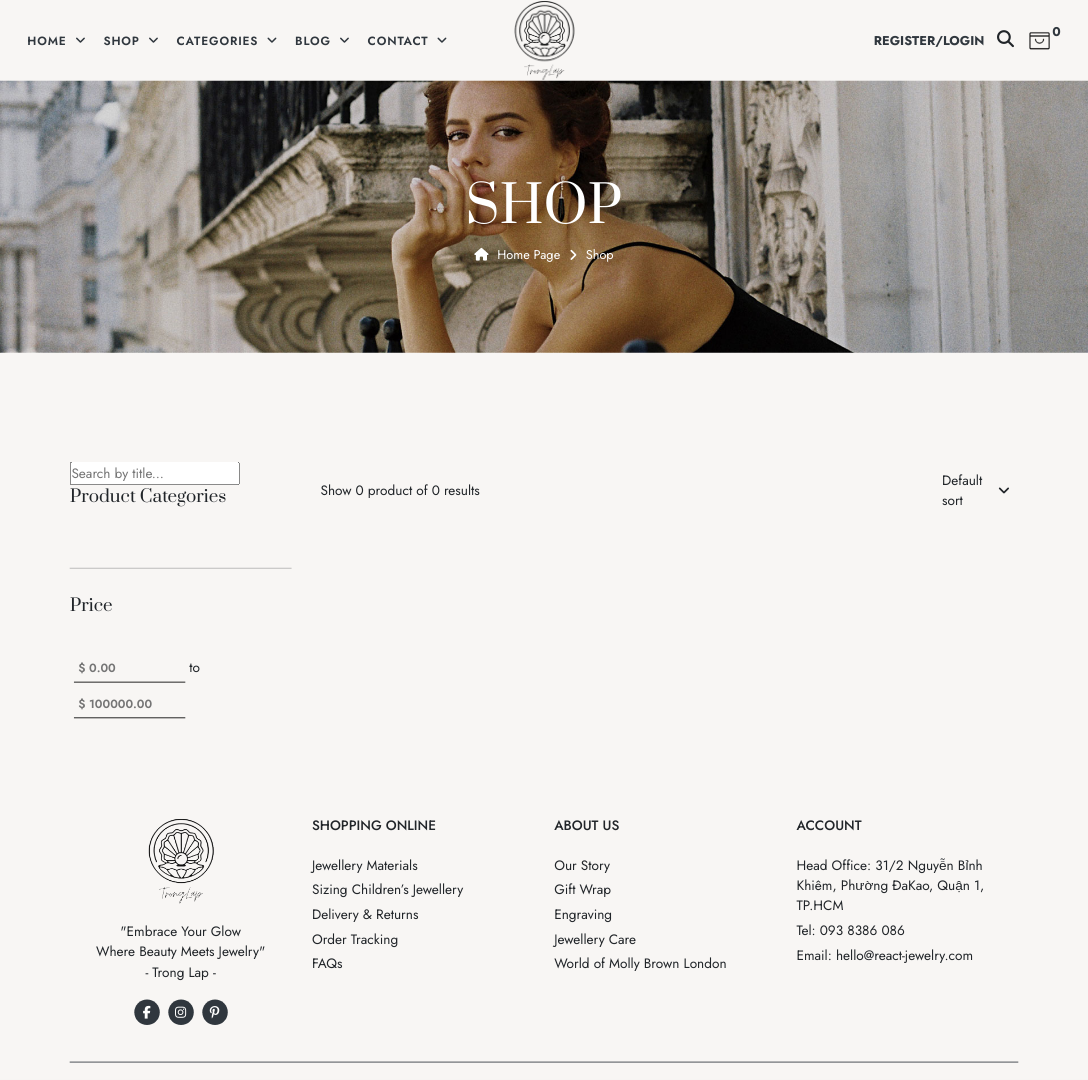
Repository: tronglap/react-jewelry
Page: /list-product
The author's editor kept a copy of each file at every save. The page is drawn from the files as they stood at one save, then again after the next save.
The browser window is 1280 px wide. The pictures show the whole page, at 85% of full size.
The page's requests for data from a server got no answer. The project was rebuilt for these pictures with package versions that can differ from the ones it lists, and the page was loaded fresh each time. No one was signed in, and anything a server would have sent is missing. Also part of the build but not shown: src/component/Button/Button.css, src/component/Button/Button.js, src/component/SliderBar/SliderBar.css, src/component/SliderBar/SliderBar.js, src/component/Home/WWD/WWD.css, src/component/Home/WWD/WWD.js, src/component/Home/Home.css, src/component/Home/Categories/Categories.js and 14 more.

Above is the page before, as saved 2024-03-26 18:57:52.

### src/App.css
@import url('https://fonts.googleapis.com/css2?family=Jost:ital,wght@0,100..900;1,100..900&family=Prata&display=swap');


* {
    margin: 0;
    padding: 0;
    box-sizing: border-box;
}

img {
    width: 100%;
}

a {
    text-decoration: none;
}

ul {
    list-style: none;
    margin: 0;
    padding: 0;
}

body {
    font-family: "Jost", sans-serif;
    --seconddaryfont: "Prata";
    --color-primary: #daa14c;
    --color-secondary: #30373e;
    --color-text: #666;
    --color-accent: #30373e;
    --color-lighter: #888;
    --color-dark: #202020;
    --color-highlight: #ccc;
    --color-border: #e3e3e3;
    --color-background-light: #f8f6f4;
    --color-background-field: #DADADA20;
    background-color: #f8f6f4;
}

### src/component/ListProduct/ListProduct.js
import React, { useEffect, useState } from "react";
import Header from "../Header/HeaderMain/Header";
import Banner from "./Banner/Banner";
import UseFetch from "../../UseFetch";
import CartProduct from "../CardProduct/CartProduct";
import { Col, Container, Row } from "react-bootstrap";
import "./ListProduct.css";

const ListProduct = () => {
  const products = UseFetch(
    "https://65f3b3d2105614e654a0e686.mockapi.io/Product"
  );
  const categories = UseFetch(
    "https://65f3b3d2105614e654a0e686.mockapi.io/Categories"
  );

  const [filterKeyword, setFilterKeyword] = useState("");
  useEffect(() => {
    const filteredProducts = products.filter((product) => {
      return product.name.toLowerCase().includes(filterKeyword.toLowerCase());
    });
    setProductFilter(filteredProducts);
  }, [filterKeyword, products]);

  const [productFilter, setProductFilter] = useState([]);
  const [categoryCounts, setCategoryCounts] = useState({});

  const [minPrice, setMinPrice] = useState(0);
  const [maxPrice, setMaxPrice] = useState(0);

  useEffect(() => {
    if (products.length > 0) {
      const prices = products.map((product) => {
        return parseFloat(product.promotion || product.cost);
      });
      const highestPrice = Math.max(...prices);
      setMaxPrice(highestPrice);
    }
  }, [products]);

  useEffect(() => {
    const filteredProducts = products.filter((product) => {
      if (product.promotion === "" || product.promotion === "0") {
        const productPrice = parseFloat(product.cost);
        return productPrice >= minPrice && productPrice <= maxPrice;
      } else {
        const productPrice = parseFloat(product.promotion);
        return productPrice >= minPrice && productPrice <= maxPrice;
      }
    });
    setProductFilter(filteredProducts);
  }, [minPrice, maxPrice, products]);

  useEffect(() => {
    const sortProduct = [...products].sort((a, b) => {
      const priceA = parseFloat(a.promotion || a.cost);
      const priceB = parseFloat(b.promotion || b.cost);

      return priceA - priceB;
    });
    setProductFilter(sortProduct);
  }, [products]);

  useEffect(() => {
    const counts = {};
    products.forEach((product) => {
      counts[product.CategoryId] = (counts[product.CategoryId] || 0) + 1;
    });
    setCategoryCounts(counts);
  }, [products]);

  const FilterProduct = (cate) => {
    const filter = products.filter((ct) => ct.CategoryId === cate);
    setProductFilter(filter);
  };

  const [isSortActive, setIsSortActive] = useState(false);
  const handleSortClick = () => {
    setIsSortActive(!isSortActive); // Khi click, chuyển đổi trạng thái của lớp
  };

  return (
    <div className="ListProduct">
      <Header />
      <Banner />
      <div className="box_product">
        <Container>
          <Row>
            <Col lg={3}>
              <div className="filterbyname">
                <input
                  type="text"
                  placeholder="Search by title..."
                  value={filterKeyword}
                  onChange={(e) => setFilterKeyword(e.target.value)}
                />
              </div>
              <div className="Product_Categories">Product Categories</div>
              <div className="Categories">
                {categories.map((ct) => (
                  <div
                    className="diamonds"
                    onClick={() => FilterProduct(ct.id)}
                    key={ct.id}
                  >
                    <div className="name"> {ct.categories}</div>
                    <div className="count">
                      {categoryCounts[ct.id] && `${categoryCounts[ct.id]}`}
                    </div>
                  </div>
                ))}
              </div>
              <div className="FBP">
                <p className="filterbyprice">Price</p>
                <input
                  type="number"
                  placeholder="$ 0.00"
                  onChange={(e) => setMinPrice(e.target.value)}
                />
                to
                <input
                  type="number"
                  placeholder="$ 100000.00"
                  onChange={(e) => setMaxPrice(e.target.value)}
                />
              </div>
            </Col>
            <Col lg={9}>
              <Row>
                <Container>
                  <div className="sorting">
                    <div className="Count_AP">
                      Show {productFilter.length} product of {products.length}{" "}
                      results
                    </div>
                    <div className="sort" onClick={handleSortClick}>
                      <p>Default sort</p>
                      <i className="fa-solid fa-angle-down"></i>
                      <div className={`sorts ${isSortActive ? "active" : ""}`}>
                        <div className="sortbya-z">
                          <p>Sort by A - Z</p>
                        </div>
                        <div className="sortbyz-a">
                          <p>Sort by Z - A</p>
                        </div>
                        <div className="sortbypricelh">
                          <p>Sort by price: Low to High</p>
                        </div>
                        <div className="sortbypricehl">
                          <p>Sort by price: High to Low</p>
                        </div>
                      </div>
                    </div>
                  </div>
                </Container>
              </Row>
              <Row>
                {productFilter &&
                  productFilter.map((item) => (
                    <Col lg={4} className="Cart_list" key={item.id}>
                      <CartProduct
                        id={item.id}
                        image={item.image}
                        image_second={item.image_second}
                        CategoryId={
                          categories.find(
                            (category) => category.id === item.CategoryId
                          )?.categories
                        }
                        name={item.name}
                        cost={item.cost}
                        promotion={item.promotion}
                        sale={item.sale}
                        perdiscount={item.perdiscount}
                      />
                    </Col>
                  ))}
              </Row>
            </Col>
          </Row>
        </Container>
      </div>
    </div>
  );
};

export default ListProduct;

### src/component/Footer/Footer.css
.footer {
    margin-top: 10%;
    text-align: left;
    height: 40vh;
    border-bottom: 0.1px solid var(--color-secondary);
    margin-bottom: 20px;
}

.footer .logo {
    margin: 0 auto;
    width: 30%;
}

.footer .slogan {
    text-align: center;
    margin: 20px 0;
}

.footer .social-links {
    display: flex;
    gap: 10px;
    margin-top: 10px;
    justify-content: center;
}

.footer .social-links a {
    display: flex;
    align-items: center;
    justify-content: center;
    color: white;
    background-color: var(--color-secondary);
    border-radius: 50%;
    width: 30px;
    height: 30px;
    font-size: 20px;
    text-align: center;
    transition: 0.3s ease;
}

.footer .social-links a:hover {
    background-color: var(--color-primary);
}

::selection {
    color: white;
    background-color: var(--color-primary);
}

.footer ul {
    margin-top: 25px;
}

.footer ul li {
    margin-bottom: 5px;
    cursor: pointer;
    transition: 0.2s linear;
}

.footer ul li:hover {
    color: var(--color-primary)
}

### src/component/ListProduct/ListProduct.css
.ListProduct .box_product {
    margin-top: 10%;
}

.ListProduct .box_product .Product_Categories {
    font-size: 20px;
    font-family: 'Prata', sans-serif;
    font-weight: 400;
    line-height: 1.35;
    text-transform: capitalize;
    margin-bottom: 30px;
    padding-bottom: 10px;
}

.ListProduct .box_product .Categories {
    border-bottom: 1px solid rgba(128, 128, 128, 0.5);
    padding-bottom: 30px;
}

.ListProduct .box_product .Categories .diamonds {
    display: flex;
    width: 35%;
    justify-content: space-between;
    font-size: 18px;
    font-weight: 400;
    font-style: normal;
    text-rendering: optimizeLegibility;
    color: var(--color-text);
    line-height: 1.5;
    letter-spacing: 0;
    cursor: pointer;
    transition: 0.2s ease;
}

.ListProduct .box_product .Categories .diamonds:hover {
    color: var(--color-primary)
}

.ListProduct .box_product .FBP .filterbyprice {
    font-size: 20px;
    font-family: 'Prata', sans-serif;
    font-weight: 400;
    line-height: 1.35;
    text-transform: capitalize;
    margin-bottom: 30px;
    margin-top: 30px;
    padding-bottom: 10px;
}

.ListProduct .box_product .FBP input {
    width: 50%;
    padding: 5px;
    font-size: 14px;
    margin: 5px;
    font-weight: 600;
    text-transform: none;
    border: none;
    border-bottom: 1px solid black;
    outline: none;
    background-color: transparent;
}

input[type=number]::-webkit-inner-spin-button {
    -webkit-appearance: none;
}

.ListProduct .box_product .Cart_list {
    margin-bottom: 20px;
}

.ListProduct .box_product .sorting {
    display: flex;
    justify-content: space-between;
    align-items: center;
}

.ListProduct .box_product .sorting .Count_AP {
    display: flex;
    margin-bottom: 20px;
    padding: 10px;
}

.ListProduct .box_product .sort {
    display: flex;
    align-items: center;
    justify-content: space-between;
    width: 12%;
    margin-bottom: 20px;
    padding: 10px;
    position: relative;
    cursor: pointer;
}

.ListProduct .box_product .sort .sorts {
    background-color: whitesmoke;
    padding: 10px 10px;
    width: 150%;
    opacity: 0;
    visibility: hidden;
    top: 40px;
    left: 0;
    position: absolute;
    z-index: 999;
    transition: 0.3s ease-out;
}

.ListProduct .box_product .sort .sorts.active {
    visibility: visible;
    top: 50px;
    opacity: 1;
}

### src/component/Home/Categories/Categories.css
img {
    width: 100%;
}

.icon_cate {
    display: flex;
    gap: 20px;
    margin: 10% 0;
    justify-content: center;
    align-items: center;
}

.icon_cate .icon1,
.icon_cate .icon2,
.icon_cate .icon3 {
    text-align: center;
}

.icon_cate .icon1 .img_icon,
.icon_cate .icon2 .img_icon,
.icon_cate .icon3 .img_icon {
    display: flex;
    justify-content: center;
    margin-bottom: 15px;
}

.icon_cate .icon1 .img_icon .thumb,
.icon_cate .icon2 .img_icon .thumb,
.icon_cate .icon3 .img_icon .thumb {
    width: 25%;
    border-radius: 50%;
    padding: 20px;
    transition: 0.2s ease;
}

.icon_cate .icon1:hover .img_icon .thumb,
.icon_cate .icon2:hover .img_icon .thumb,
.icon_cate .icon3:hover .img_icon .thumb {
    background: var(--color-primary)
}

.icon_cate .icon1 .title,
.icon_cate .icon2 .title,
.icon_cate .icon3 .title {
    font-size: 24px;
    font-family: 'Prata', sans-serif;
    letter-spacing: .3px;
    color: var(--color-secondary);
    margin-bottom: 15px;
    transition: 0.2s ease;
}

.icon_cate .icon1:hover .title,
.icon_cate .icon2:hover .title,
.icon_cate .icon3:hover .title {
    color: var(--color-primary)
}

.icon_cate .icon1 .desc,
.icon_cate .icon2 .desc,
.icon_cate .icon3 .desc {
    width: 60%;
    margin: 0 auto;
}

.cate {
    overflow: hidden;
}

.cate .right .diamond {
    overflow: hidden;
}

.cate .right {
    display: flex;
    flex-wrap: wrap;
    gap: 5%;
}

.cate .necklaces,
.cate .right .diamond,
.cate .right .earrings,
.cate .right .rings {
    position: relative;
    transition: 0.5s ease;
}

.cate .necklaces::after,
.cate .right .diamond::after,
.cate .right .earrings::after,
.cate .right .rings::after {
    content: "";
    display: block;
    opacity: 0;
    width: 100%;
    height: 200px;
    background: linear-gradient(to top, rgba(0, 0, 0, 0.3), rgba(0, 0, 0, 0));
    bottom: -100px;
    position: absolute;
    transition: 0.5s ease;
    z-index: 0;
}

.cate .necklaces:hover::after,
.cate .right .diamond:hover::after,
.cate .right .earrings:hover::after,
.cate .right .rings:hover::after {
    opacity: 1;
    bottom: 0;
}

.cate .necklaces::before,
.cate .right .diamond::before,
.cate .right .earrings::before,
.cate .right .rings::before {
    content: "";
    opacity: 0;
    width: 100%;
    height: 50px;
    font-family: 'Prata', sans-serif;
    font-size: 35px;
    color: white;
    text-align: center;
    bottom: -50px;
    position: absolute;
    transition: 0.5s ease;
    z-index: 1;
}

.cate .necklaces:hover::before {
    content: "Necklaces";
    opacity: 1;
    bottom: 20px;
}

.cate .right .diamond:hover::before {
    content: "Diamond";
    opacity: 1;
    bottom: 20px;
}

.cate .right .earrings:hover::before {
    content: "Earrings";
    opacity: 1;
    bottom: 20px;
}

.cate .right .rings:hover::before {
    content: "Rings";
    opacity: 1;
    bottom: 20px;
}

### src/component/Header/HeaderMain/Header.css
svg {
    margin-top: 0px;
}

path {
    fill: black;
    stroke: black;
    stroke-width: 2px;
    transition: 0.2s linear;
}

.HeaderMain {
    display: flex;
    justify-content: space-between;
    align-items: center;
    padding: 0 20px;
}

.HeaderMain .left {
    display: flex;
    gap: 20px;
    width: 40%;
}

.HeaderMain .left .Home,
.HeaderMain .left .Shop,
.HeaderMain .left .Categories,
.HeaderMain .left .Blog,
.HeaderMain .left .Contact {
    display: flex;
    justify-content: space-between;
    align-items: center;
    text-transform: uppercase;
    line-height: 1.2857142857;
    font-weight: 600;
    font-size: 14px;
    color: var(--color-secondary);
    letter-spacing: 1px;
    transition: 0.2s ease;
}

.HeaderMain .left .Home:hover,
.HeaderMain .left .Shop:hover,
.HeaderMain .left .Categories:hover,
.HeaderMain .left .Blog:hover,
.HeaderMain .left .Contact:hover {
    color: var(--color-primary);
}


.HeaderMain .left .Home i,
.HeaderMain .left .Shop i,
.HeaderMain .left .Categories i,
.HeaderMain .left .Blog i,
.HeaderMain .left .Contact i {
    margin-left: 10px;
}

.HeaderMain .mid {
    display: flex;
    justify-content: center;
    width: 20%;
}

.HeaderMain .mid .thumb {
    width: 30%;
}

.HeaderMain .right {
    display: flex;
    align-items: center;
    justify-content: right;
    width: 40%;
}

.HeaderMain .right .register a {
    color: var(--color-secondary);
    text-transform: uppercase;
    font-weight: bold;
    font-size: 15px;
    transition: 0.2s linear;
}

.HeaderMain .right .register a:hover {
    color: var(--color-primary)
}

.HeaderMain .right .search {
    transition: 0.2s ease;
}

.HeaderMain .right .search i {
    font-size: 20px;
    margin-left: 15px;
}

.HeaderMain .right .search:hover {
    color: var(--color-primary)
}

.HeaderMain .right .cart {
    display: flex;
    justify-content: center;
    align-items: center;
    margin-left: 15px;
    cursor: pointer;
}


.HeaderMain .right .cart:hover svg path {
    fill: var(--color-primary);
    stroke: var(--color-primary);
    stroke-width: 2px;
}

.HeaderMain .right .cart:hover .count {
    color: var(--color-primary)
}

.HeaderMain .right .cart .count {
    font-weight: bold;
    font-size: 15px;
    margin-bottom: 20px;
    transition: 0.2s linear;
    color: var(--color-secondary)
}

### src/component/ListProduct/Banner/Banner.css
.Banner {
    position: relative;
}

.Banner::after {
    content: "";
    display: block;
    width: 100%;
    height: 100%;
    background-color: rgba(0, 0, 0, 0.5);
}

.Banner .content {
    text-align: center;
    width: 100%;
    top: 50%;
    transform: translateY(-50%);
    position: absolute;
    z-index: 999;

}

.Banner .content .title {
    font-size: 60px;
    font-family: 'Prata', sans-serif;
    color: white;
}

.Banner .content .link_header {
    display: flex;
    justify-content: center;
    align-items: center;
}

.Banner .content .link_header .Home,
.Banner .content .link_header .Shop {
    text-decoration: none;
    color: white;
    font-weight: 400;
    font-size: 15px;
    transition: 0.2s ease;
}

.Banner .content .link_header .Home:hover,
.Banner .content .link_header .Home:hover i {
    color: var(--color-primary)
}

.Banner .content .link_header .Home i,
.Banner .content .link_header .icon {
    margin-right: 10px;
    color: white;
    transition: 0.2s ease
}

.Banner .content .link_header .icon {
    display: flex;
    align-items: center;
    justify-content: center;
    margin: 0 10px;
}

### src/component/CardProduct/CartProduct.css
img {
    width: 100%;
}

.Card_item {
    margin: 0 5px;
    text-align: center;
    position: relative;
    width: 100%;
    text-align: center;
    overflow: hidden;
}

.Card_item .thumb {
    display: block;
    position: relative;
    transition: 0.5s linear;
    overflow: hidden;
    width: 290px;
}

.Card_item .thumb:hover {
    border-radius: 49% 49% 0 0;
}

.Card_item .thumb img {
    transition: 0.5s ease;
    position: relative;
}

.Card_item .thumb img:first-child {
    opacity: 1;
    transition: 0.3s linear;

}

.Card_item .thumb:hover img:first-child {
    opacity: 0;
}

.Card_item .thumb img:last-child {
    opacity: 0;
    position: absolute;
    top: 0;
    left: 0;
    transition: 0.3s linear;
}

.Card_item .thumb:hover img:last-child {
    opacity: 1;
    display: block;
    transform: scale(1.2);
}

.Card_item .sale {
    display: none;
    width: 50px;
    height: 20px;
    color: white;
    padding: 2.5px 10px;
    font-weight: bold;
    font-size: 10px;
    top: 10px;
    left: 10px;
    background-color: var(--color-primary);
    position: absolute;
    transition: 0.2s linear;
    z-index: 999;
}

.Card_item .sale.active {
    display: block;
}

.Card_item:hover .sale.active {
    display: none;
}

.Card_item .info {
    margin-top: 10px;
}

.Card_item .info .cate {
    color: var(--color-primary);
    text-transform: uppercase;
    font-size: 12px;
    font-weight: 500;
    line-height: 1.35;
}

.Card_item .info .name {
    font-size: 20px;
    color: var(--color-secondary);
    text-transform: capitalize;
    transition: 0.2s ease;
}

.Card_item .info .name:hover {
    color: var(--color-primary)
}

.Card_item .info .material {
    color: var(--color-text);
    text-transform: capitalize;
    font-size: 14px
}

.Card_item .info .price .discount {
    font-weight: 700;
    color: var(--color-secondary)
}

.Card_item .info .price .cost {
    color: var(--color-secondary);
    font-weight: 500;
    text-decoration: line-through;
    font-size: 14px;
}

.Card_item .info .price .discount.active {
    display: none;
}

.Card_item .info .price .cost.active {
    font-weight: 700;
    color: var(--color-secondary);
    text-decoration: none;
    font-size: 16px;
}

### src/component/CardNews/CardNews.css
img {
    width: 100%;
}

.Card_news {
    width: 90%;
    margin: 0 auto;
    cursor: pointer;
}

.Card_news .thumb {
    margin-bottom: 3%;
    overflow: hidden;
}

.Card_news .thumb img {
    transition: 0.3s linear;
}

.Card_news .thumb:hover img {
    transform: scale(1.1);
}

.Card_news .infor {
    text-align: center;
}

.Card_news .infor .date p {
    font-size: 14px;
    text-transform: capitalize;
    color: var(--color-lighter);
    transition: 0.5s ease
}

.Card_news .infor .date p:hover {
    color: var(--color-primary)
}

.Card_news .infor .title h4 {
    display: -webkit-box;
    -webkit-box-orient: vertical;
    -webkit-line-clamp: 1;
    overflow: hidden;
    transition: 0.3s ease;
}

.Card_news .infor .title h4:hover {
    color: var(--color-primary)
}

.Card_news .infor .content p {
    display: -webkit-box;
    -webkit-box-orient: vertical;
    -webkit-line-clamp: 3;
    overflow: hidden;
    color: var(--color-text)
}

.Card_news .infor .view {
    color: var(--color-dark);
    font-weight: bold;
    font-size: 13px;
    font-weight: 600;
    line-height: 1.3;
    text-transform: uppercase;
    transition: 0.3s linear;
    margin-top: 12%;
}

.Card_news .infor .view:hover {
    color: var(--color-primary)
}

@keyframes zoom_news {
    0% {
        transform: scale(1);
    }

    100% {
        transform: scale(1.1);
    }
}

Loaded but not shown: public/index.html (common file); src/index.js (common file); src/index.css (common file); src/reportWebVitals.js (common file); src/component/Header/HeaderMain/Header.js (74 lines, source omitted); src/component/Footer/Footer.js (69 lines, source omitted); src/App.js (36 lines, source omitted); src/UseContext.js (36 lines, source omitted); src/component/ListProduct/Banner/Banner.js (31 lines, source omitted); src/UseFetch.js (26 lines, source omitted); src/component/AutoTop/AutoTop.js (15 lines, source omitted); src/component/Header/Header.css (289 lines, source omitted); src/component/Cart/Cart.css (149 lines, source omitted)

After the next save:
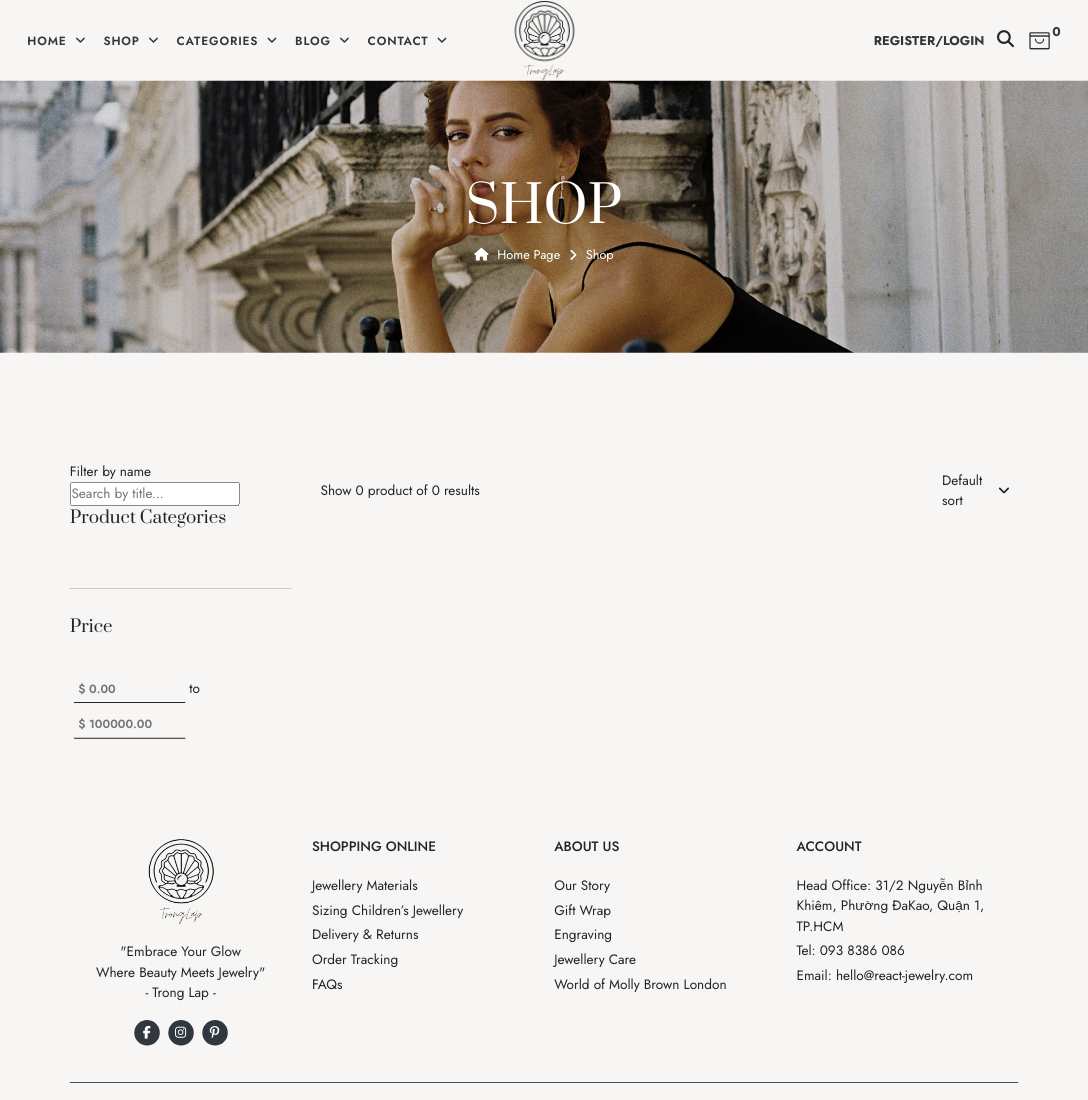
Saved 26 s later.
--- a/src/component/ListProduct/ListProduct.js
+++ b/src/component/ListProduct/ListProduct.js
@@ -88,6 +88,7 @@ const ListProduct = () => {
           <Row>
             <Col lg={3}>
               <div className="filterbyname">
+                <p>Filter by name</p>
                 <input
                   type="text"
                   placeholder="Search by title..."
